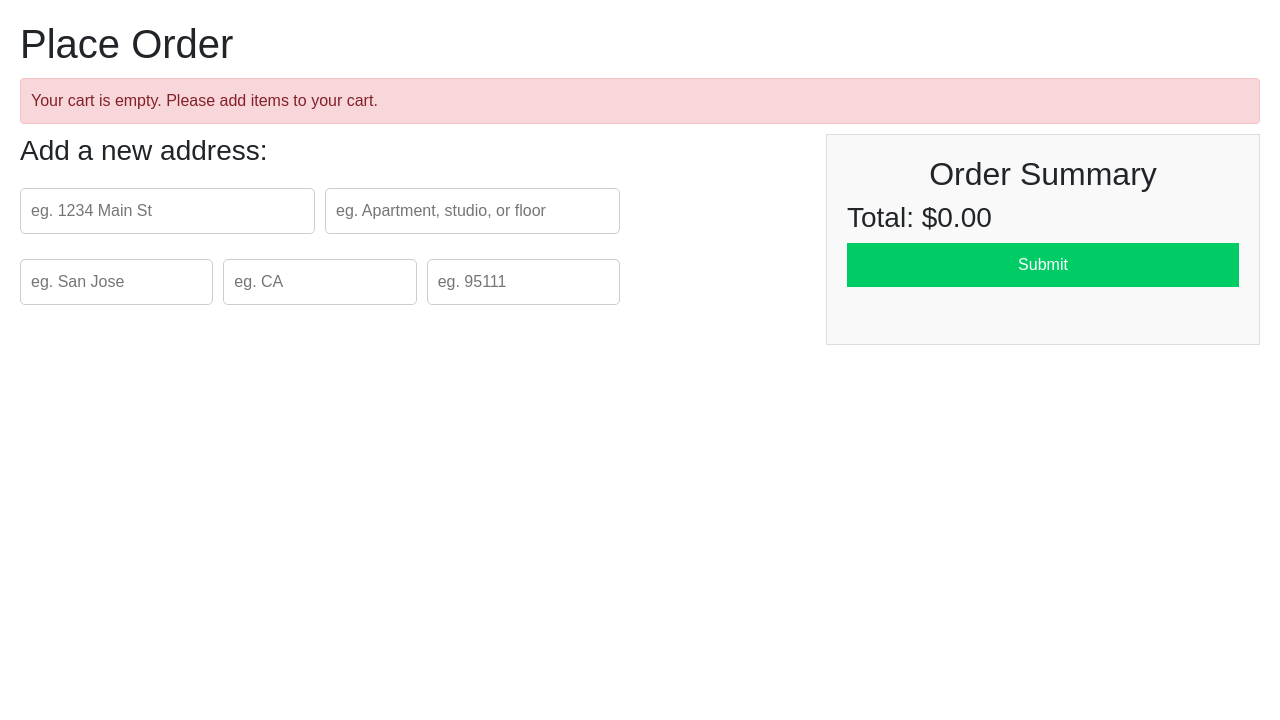
Repository: chelseajaculina/lab2-uber-eats
Page: /order (app in frontend/)
An editor plug-in stored every save of this project. The page is shown before and after the next save, followed by the edit.
The browser window is 1280 px wide. The pictures show the whole page.
The project was rebuilt for these pictures with package versions that can differ from the ones it lists, and the page was loaded fresh each time. Also part of the build but not shown: frontend/src/components/Home.css, frontend/src/components/Logout.css, frontend/src/components/Logout.js, frontend/src/components/CartModal.css, frontend/src/components/CartModal.js, frontend/src/components/NavBarHome.js, frontend/src/components/Home.js, frontend/src/components/CustomerSignUp.js and 25 more.

Above is the page before, as saved 2024-11-23 00:56:05.

### frontend/src/components/SignUp.css
/* Shared container styling for login and signup */
.signup-container {
    display: flex;
    flex-direction: column;
    align-items: center;
    padding: 20px;
    width: 100%;
    background-color: #f7f7f7; /* Light gray background */
}

/* Shared header styling for both signup and login */
.signup-header {
    background-color: transparent;
    width: 100%;
    text-align: center;
    padding: 10px;
}

/* Brand title styling for consistency */
.brand-title {
    color: #000; /* Black color for "Uber" */
    font-size: 24px;
}

.brand-title span {
    color: #34a853; /* Green color for "Eats" */
}

/* Container to hold both forms side by side */
.signup-forms {
    display: flex;
    justify-content: space-between;
    width: 80%;
    max-width: 1200px;
    gap: 20px; /* Space between the two forms */
    margin-top: 20px;
}

/* Styling for each individual form container */
.form-container {
    flex: 1;
    background-color: white;
    padding: 20px;
    border-radius: 10px;
    box-shadow: 0 4px 10px rgba(0, 0, 0, 0.1);
    text-align: center;
}

/* Shared form styling for inputs and buttons */
.signup-form, .login-form {
    display: flex;
    flex-direction: column;
    width: 100%;
    margin-top: 20px;
}

.signup-form h2, h2 {
    text-align: center;
    font-size: 18px;
    margin-bottom: 10px;
    color: #333;
}

.signup-form input,  input {
    width: 100%;
    padding: 12px;
    margin: 8px 0;
    border-radius: 8px;
    border: 1px solid #ccc;
    font-size: 16px;
}

.continue-button {
    background-color: black;
    color: white;
    padding: 12px;
    border: none;
    border-radius: 8px;
    font-size: 16px;
    cursor: pointer;
    margin-top: 10px;
}

.divider {
    display: flex;
    align-items: center;
    text-align: center;
    margin: 20px 0;
}

.line {
    flex: 1;
    height: 1px;
    background-color: #ccc;
    border: none;
}



.google-button, .apple-button, .qr-code-button {
    display: flex;
    align-items: center;
    justify-content: center;
    background-color: #f5f5f5;
    color: black;
    padding: 12px;
    margin: 8px 0;
    border-radius: 8px;
    border: 1px solid #ccc;
    font-size: 16px;
    cursor: pointer;
}

.google-button img, .apple-button img, .qr-code-button img {
    width: 20px;
    height: 20px;
    margin-right: 10px;
}

.disclaimer {
    font-size: 12px;
    color: gray;
    text-align: center;
    margin-top: 10px;
    line-height: 1.5;
}

.link-button {
    color: #000;
    font-weight: bold;
    text-decoration: none;
    cursor: pointer;
    background: #000;  /* Remove default background */
    border: none;      /* Remove default border */
    padding: 0.5rem;   /* Optional padding to make it look button-like */
    color: #fff;
}

/* Responsive design for smaller screens */
@media (max-width: 768px) {
    .signup-forms {
        flex-direction: column;
        align-items: center;
    }

    .form-container {
        width: 100%;
        margin-bottom: 20px;
    }
}


/* Stretch buttons across form container */
.google-button, .apple-button, .qr-code-button {
    display: flex;
    align-items: center;
    justify-content: center;
    background-color: #f5f5f5;
    color: black;
    padding: 12px;
    margin: 8px 0;
    border-radius: 8px;
    border: 1px solid #ccc;
    font-size: 16px;
    cursor: pointer;
    width: 100%; /* Make buttons full width */
    max-width: 300px; /* Optional max-width to keep buttons from getting too wide */
}

/* Center the buttons within the form container */
.signup-form, .login-form {
    display: flex;
    flex-direction: column;
    align-items: center; /* Center all elements horizontally */
    width: 100%;
    margin-top: 20px;
}

/* Center the button icon */
.google-button .icon, .apple-button .icon, .qr-code-button .icon {
    margin-right: 10px;
    font-size: 20px;
}

### frontend/src/components/CustomerProfile.css
/* Main Container */
.dashboard-container {
    display: flex;
    font-family: Arial, sans-serif;
  }

  /* Sidebar */
  .sidebar {
    width: 250px;
    background-color: #000;
    color: #fff;
    padding: 20px;
    min-height: 100vh;
  }

  .sidebar h2 {
    font-size: 1.2em;
    margin-bottom: 20px;
    color: #fff;
  }

  .sidebar ul {
    list-style-type: none;
    padding: 0;
  }

  .sidebar ul li {
    padding: 15px 0;
    color: #ccc;
    cursor: pointer;
  }

  .sidebar ul li:hover,
  .sidebar ul li.active {
    color: #fff;
    background-color: #333;
    padding-left: 10px;
    border-radius: 5px;
  }

  /* Content Section */
  .content {
    flex: 1;
    padding: 40px;
  }

  .content h1 {
    font-size: 2em;
    font-weight: bold;
    margin-bottom: 20px;
  }

  /* Form Styling */
  form {
    display: flex;
    flex-direction: column;
    gap: 15px;
    max-width: 600px;
    margin-bottom: 30px;
  }

  form label {
    font-weight: bold;
    margin-bottom: 5px;
  }

  form input[type="text"],
  form input[type="date"],
  form input[type="email"],
  form input[type="tel"],
  form select {
    width: 100%;
    padding: 10px;
    border: 1px solid #ccc;
    border-radius: 5px;
  }

  form button {
    padding: 10px 15px;
    background-color: #28a745;
    color: #fff;
    border: none;
    border-radius: 5px;
    cursor: pointer;
  }

  form button:hover {
    background-color: #000;
  }

  /* Profile Picture Section */
  .profile-section {
    display: flex;
    align-items: center;
    gap: 10px;
    margin-bottom: 20px;
  }

  .profile-picture {
    width: 100px;
    height: 100px;
    border-radius: 75%;
    object-fit: cover;
    border: 1px solid #ccc;
  }

  .profile-picture-input {
    margin-top: 10px;
  }

  .profile-picture-btn {
    padding: 8px 12px;
    background-color: #28a745;
    color: #fff;
    border: none;
    border-radius: 5px;
    cursor: pointer;
    margin-top: 10px;
  }

  .profile-picture-btn:hover {
    background-color: #000000;
  }

  /* Favorites Section */
  .favorites-section {
    margin-top: 30px;
  }

  .favorites-section h2 {
    font-size: 1.5em;
    font-weight: bold;
    margin-bottom: 10px;
  }

  .favorites-section ul {
    list-style-type: none;
    padding: 0;
  }

  .favorites-section li {
    padding: 10px 0;
    border-bottom: 1px solid #eee;
  }

  /* Edit Icon Styling (optional) */
  .edit-icon {
    cursor: pointer;
    font-size: 1.2em;
    color: #007bff;
    background: #fff;
    border-radius: 50%;
    padding: 5px;
    border: 1px solid #007bff;
  }

### frontend/src/components/RestaurantProfile.css
/* Main Container */
.dashboard-container {
    display: flex;
    font-family: Arial, sans-serif;
  }

  /* Sidebar */
  .sidebar {
    width: 250px;
    background-color: #000;
    color: #fff;
    padding: 20px;
    min-height: 100vh;
  }

  .sidebar h2 {
    font-size: 1.2em;
    margin-bottom: 20px;
    color: #fff;
  }

  .sidebar ul {
    list-style-type: none;
    padding: 0;
  }

  .sidebar ul li {
    padding: 15px 0;
    color: #ccc;
    cursor: pointer;
  }

  .sidebar ul li:hover,
  .sidebar ul li.active {
    color: #fff;
    background-color: #333;
    padding-left: 10px;
    border-radius: 5px;
  }

  /* Content Section */
  .content {
    flex: 1;
    padding: 40px;
  }

  .content h1 {
    font-size: 2em;
    font-weight: bold;
    margin-bottom: 20px;
  }

  /* Form Styling */
  form {
    display: flex;
    flex-direction: column;
    gap: 15px;
    max-width: 600px;
    margin-bottom: 30px;
  }

  form label {
    font-weight: bold;
    margin-bottom: 5px;
  }

  form input[type="text"],
  form input[type="date"],
  form input[type="email"],
  form input[type="tel"],
  form select {
    width: 100%;
    padding: 10px;
    border: 1px solid #ccc;
    border-radius: 5px;
  }

  form button {
    padding: 10px 15px;
    background-color: #28a745;
    color: #fff;
    border: none;
    border-radius: 5px;
    cursor: pointer;
  }

  form button:hover {
    background-color: #000;
  }

  /* Profile Picture Section */
  .profile-section {
    display: flex;
    align-items: center;
    gap: 10px;
    margin-bottom: 20px;
  }

  .profile-picture {
    width: 100px;
    height: 100px;
    border-radius: 75%;
    object-fit: cover;
    border: 1px solid #ccc;
  }

  .profile-picture-input {
    margin-top: 10px;
  }

  .profile-picture-btn {
    padding: 8px 12px;
    background-color: #28a745;
    color: #fff;
    border: none;
    border-radius: 5px;
    cursor: pointer;
    margin-top: 10px;
  }

  .profile-picture-btn:hover {
    background-color: #000000;
  }

  /* Favorites Section */
  .favorites-section {
    margin-top: 30px;
  }

  .favorites-section h2 {
    font-size: 1.5em;
    font-weight: bold;
    margin-bottom: 10px;
  }

  .favorites-section ul {
    list-style-type: none;
    padding: 0;
  }

  .favorites-section li {
    padding: 10px 0;
    border-bottom: 1px solid #eee;
  }

  /* Edit Icon Styling (optional) */
  .edit-icon {
    cursor: pointer;
    font-size: 1.2em;
    color: #007bff;
    background: #fff;
    border-radius: 50%;
    padding: 5px;
    border: 1px solid #007bff;
  }

### frontend/src/components/RestaurantMenu.css
/* General Reset */
* {
  margin: 0;
  padding: 0;
  box-sizing: border-box;
  font-family: Arial, Helvetica, sans-serif;
}

/* Container for the entire menu section */
.restaurant-menu {
  width: 100%;
  padding: 20px;
  display: flex;
  flex-direction: column;
  align-items: center;
  background-color: #f5f5f5;
}

/* Title of the menu */
.menu-title {
  font-size: 2rem;
  margin-bottom: 20px;
  color: #333;
}

/* Section for the add dish button */
.add-dish-section {
  width: 100%;
  display: flex;
  justify-content: center;
  margin-bottom: 20px;
}

.add-dish-button {
  padding: 10px 20px;
  font-size: 1rem;
  background-color: black;
  color: white;
  border: none;
  border-radius: 5px;
  cursor: pointer;
  transition: background-color 0.3s;
}

.add-dish-button:hover {
  background-color: #333;
}

/* Dishes list */
.dishes-list {
  width: 100%;
  display: flex;
  flex-wrap: wrap;
  justify-content: center;
  gap: 20px;
}

/* Individual dish card */
.dish-card {
  background-color: white;
  width: 250px;
  padding: 10px;
  border-radius: 10px;
  box-shadow: 0 4px 8px rgba(0, 0, 0, 0.1);
  text-align: center;
  display: flex;
  flex-direction: column;
  align-items: center;
}

.dish-image {
  width: 100%;
  height: 180px;
  object-fit: cover;
  border-radius: 10px;
  margin-bottom: 10px;
}

.dish-card h3 {
  font-size: 1.2rem;
  color: #333;
}

.dish-card p {
  font-size: 0.9rem;
  color: #555;
}

.dish-card strong {
  color: #000;
}

/* Modal overlay */
.modal-overlay {
  position: fixed;
  top: 0;
  left: 0;
  width: 100%;
  height: 100%;
  background-color: rgba(0, 0, 0, 0.5);
  display: flex;
  justify-content: center;
  align-items: center;
}

/* Modal content */
.modal-content {
  background-color: white;
  padding: 20px;
  width: 400px;
  border-radius: 10px;
  box-shadow: 0 4px 8px rgba(0, 0, 0, 0.2);
}

.modal-content h2 {
  font-size: 1.5rem;
  margin-bottom: 20px;
  color: #333;
}

.dish-form {
  display: flex;
  flex-direction: column;
  gap: 10px;
}

.dish-form input,
.dish-form select,
.dish-form textarea {
  padding: 10px;
  font-size: 1rem;
  border: 1px solid #ccc;
  border-radius: 5px;
  width: 100%;
  box-sizing: border-box;
}

.dish-form textarea {
  resize: vertical;
  height: 100px;
}

.form-buttons {
  display: flex;
  justify-content: space-between;
}

.save-button {
  background-color: #00cc66;
  color: white;
  padding: 10px 20px;
  border: none;
  border-radius: 5px;
  cursor: pointer;
  transition: background-color 0.3s;
}

.save-button:hover {
  background-color: #00a653;
}

.cancel-button {
  background-color: #ccc;
  color: #333;
  padding: 10px 20px;
  border: none;
  border-radius: 5px;
  cursor: pointer;
  transition: background-color 0.3s;
}

.cancel-button:hover {
  background-color: #bbb;
}

/* Price input styling */
.price-input {
  display: flex;
  align-items: center;
}

.price-input span {
  margin-right: 10px;
  font-size: 1rem;
  color: #333;
}

/* Loading message */
.loading {
  text-align: center;
  font-size: 1.2rem;
  color: #333;
}

### frontend/src/components/OrderPage.css
.order-page {
  font-family: Arial, sans-serif;
  margin: 20px;
}

.order-header {
  display: flex;
  justify-content: space-between;
  align-items: center;
  margin-bottom: 20px;
}

.logout-button {
  background-color: black;
  color: white;
  border: none;
  padding: 10px 20px;
  cursor: pointer;
}

.order-container {
  display: flex;
  justify-content: space-between;
}

.address-section {
  width: 60%;
}

.address-display {
  width: 100%;
  padding: 10px;
  margin-bottom: 20px;
  background-color: #f5f5f5;
  border: 1px solid #ccc;
}

.new-address-form {
  margin-top: 20px;
}

.address-input {
  display: flex;
  gap: 10px;
  margin-bottom: 10px;
}

.order-summary {
  width: 35%;
  background-color: #f9f9f9;
  padding: 20px;
  border: 1px solid #ddd;
}

.summary-item {
  display: flex;
  justify-content: space-between;
  margin-bottom: 10px;
}

.place-order-button {
  width: 100%;
  padding: 10px;
  background-color: #00cc66;
  color: white;
  border: none;
  cursor: pointer;
  font-size: 16px;
}

.confirmation-message {
  margin-top: 20px;
  background-color: #e8f5e9;
  padding: 15px;
  border: 1px solid #c8e6c9;
  color: #388e3c;
}

.dashboard-button {
  background-color: black;
  color: white;
  padding: 10px 20px;
  border: none;
  margin-top: 10px;
  cursor: pointer;
}

.error-message {
  background-color: #f8d7da;
  color: #842029;
  padding: 10px;
  margin: 10px 0;
  border: 1px solid #f5c2c7;
  border-radius: 4px;
}

.success-message {
  background-color: #d1e7dd;
  color: #0f5132;
  padding: 10px;
  margin: 10px 0;
  border: 1px solid #badbcc;
  border-radius: 4px;
}

Loaded but not shown: frontend/public/index.html (common file); frontend/src/components/OrderPage.js (200 lines, source omitted); frontend/src/App.js (86 lines, source omitted); frontend/src/contexts/CartContext.js (42 lines, source omitted); frontend/src/index.js (14 lines, source omitted); frontend/src/components/NavBar.css (372 lines, source omitted); frontend/src/components/NavBarBusiness.css (260 lines, source omitted); frontend/src/components/Welcome.css (197 lines, source omitted)

After the next save:
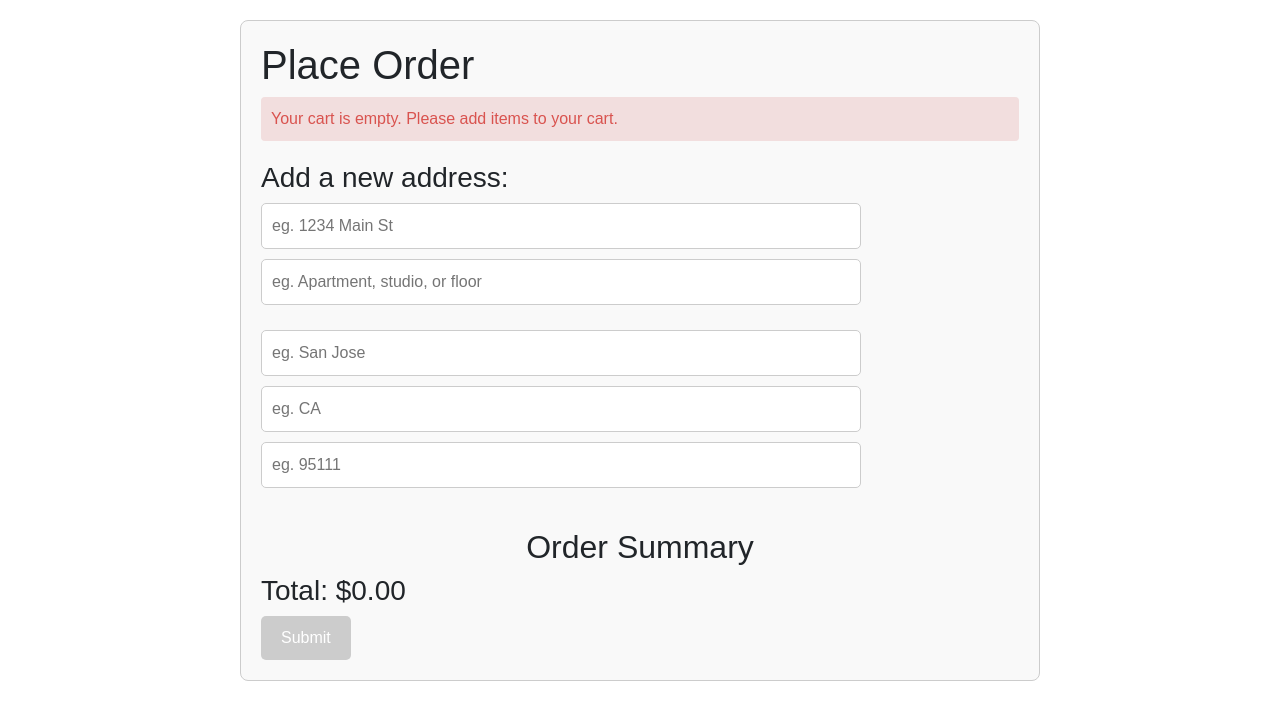
Saved 11 s later.
--- a/frontend/src/components/OrderPage.css
+++ b/frontend/src/components/OrderPage.css
@@ -1,104 +1,64 @@
 .order-page {
-  font-family: Arial, sans-serif;
-  margin: 20px;
-}
-
-.order-header {
-  display: flex;
-  justify-content: space-between;
-  align-items: center;
-  margin-bottom: 20px;
-}
-
-.logout-button {
-  background-color: black;
-  color: white;
-  border: none;
-  padding: 10px 20px;
-  cursor: pointer;
-}
-
-.order-container {
-  display: flex;
-  justify-content: space-between;
-}
-
-.address-section {
-  width: 60%;
-}
-
-.address-display {
-  width: 100%;
-  padding: 10px;
-  margin-bottom: 20px;
-  background-color: #f5f5f5;
+  max-width: 800px;
+  margin: 20px auto;
+  padding: 20px;
   border: 1px solid #ccc;
-}
-
-.new-address-form {
-  margin-top: 20px;
-}
-
-.address-input {
-  display: flex;
-  gap: 10px;
-  margin-bottom: 10px;
-}
-
-.order-summary {
-  width: 35%;
+  border-radius: 8px;
   background-color: #f9f9f9;
-  padding: 20px;
-  border: 1px solid #ddd;
-}
-
-.summary-item {
-  display: flex;
-  justify-content: space-between;
-  margin-bottom: 10px;
-}
-
-.place-order-button {
-  width: 100%;
-  padding: 10px;
-  background-color: #00cc66;
-  color: white;
-  border: none;
-  cursor: pointer;
-  font-size: 16px;
-}
-
-.confirmation-message {
-  margin-top: 20px;
-  background-color: #e8f5e9;
-  padding: 15px;
-  border: 1px solid #c8e6c9;
-  color: #388e3c;
-}
-
-.dashboard-button {
-  background-color: black;
-  color: white;
-  padding: 10px 20px;
-  border: none;
-  margin-top: 10px;
-  cursor: pointer;
 }
 
 .error-message {
-  background-color: #f8d7da;
-  color: #842029;
+  color: #d9534f;
+  background-color: #f2dede;
   padding: 10px;
-  margin: 10px 0;
-  border: 1px solid #f5c2c7;
+  margin-bottom: 20px;
   border-radius: 4px;
 }
 
 .success-message {
-  background-color: #d1e7dd;
-  color: #0f5132;
+  color: #3c763d;
+  background-color: #dff0d8;
   padding: 10px;
-  margin: 10px 0;
-  border: 1px solid #badbcc;
+  margin-bottom: 20px;
   border-radius: 4px;
 }
+
+.address-section {
+  margin-bottom: 20px;
+}
+
+.address-input input {
+  width: calc(33.3% - 10px);
+  margin-right: 10px;
+  margin-bottom: 10px;
+  padding: 10px;
+  border: 1px solid #ccc;
+  border-radius: 4px;
+}
+
+.order-summary {
+  margin-top: 20px;
+}
+
+.place-order-button {
+  background-color: #28a745;
+  color: white;
+  border: none;
+  padding: 10px 20px;
+  border-radius: 5px;
+  cursor: pointer;
+}
+
+.place-order-button:disabled {
+  background-color: #ccc;
+  cursor: not-allowed;
+}
+
+.dashboard-button {
+  background-color: #007bff;
+  color: white;
+  padding: 10px 20px;
+  border: none;
+  border-radius: 5px;
+  cursor: pointer;
+}

After the save that followed:
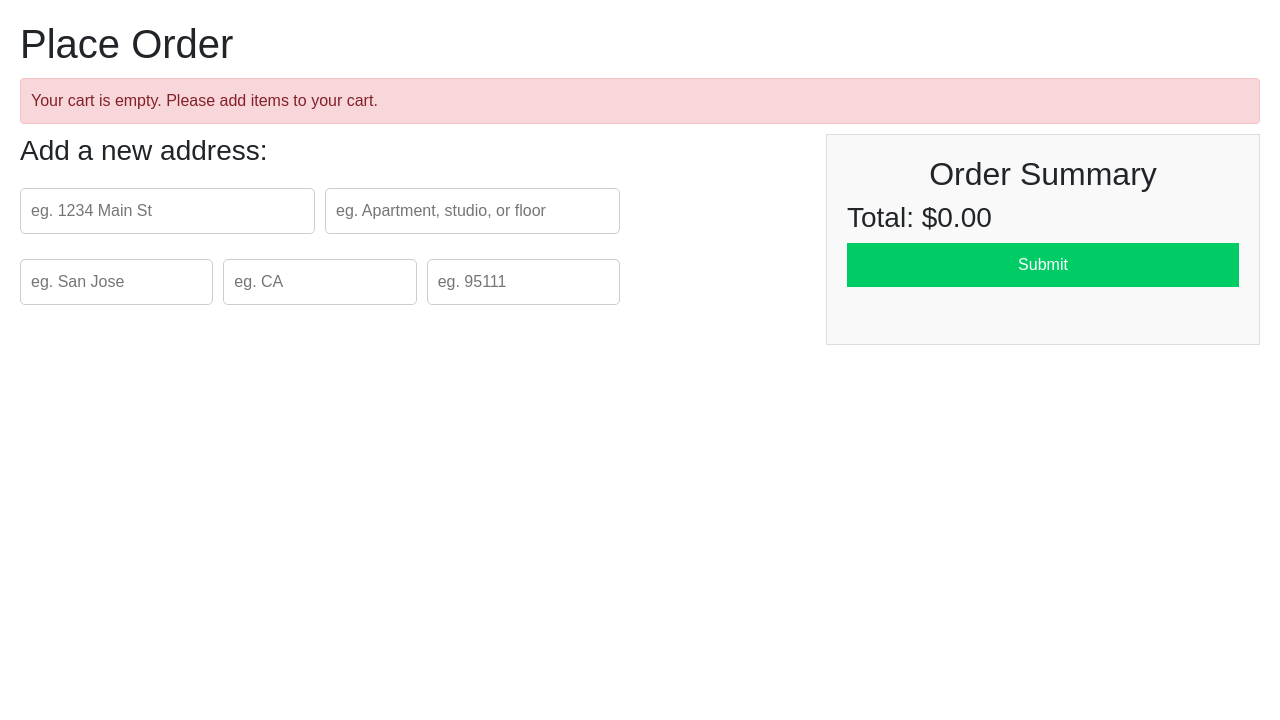
Saved 8 s later.
--- a/frontend/src/components/OrderPage.css
+++ b/frontend/src/components/OrderPage.css
@@ -1,64 +1,104 @@
 .order-page {
-  max-width: 800px;
-  margin: 20px auto;
+  font-family: Arial, sans-serif;
+  margin: 20px;
+}
+
+.order-header {
+  display: flex;
+  justify-content: space-between;
+  align-items: center;
+  margin-bottom: 20px;
+}
+
+.logout-button {
+  background-color: black;
+  color: white;
+  border: none;
+  padding: 10px 20px;
+  cursor: pointer;
+}
+
+.order-container {
+  display: flex;
+  justify-content: space-between;
+}
+
+.address-section {
+  width: 60%;
+}
+
+.address-display {
+  width: 100%;
+  padding: 10px;
+  margin-bottom: 20px;
+  background-color: #f5f5f5;
+  border: 1px solid #ccc;
+}
+
+.new-address-form {
+  margin-top: 20px;
+}
+
+.address-input {
+  display: flex;
+  gap: 10px;
+  margin-bottom: 10px;
+}
+
+.order-summary {
+  width: 35%;
+  background-color: #f9f9f9;
   padding: 20px;
-  border: 1px solid #ccc;
-  border-radius: 8px;
-  background-color: #f9f9f9;
+  border: 1px solid #ddd;
+}
+
+.summary-item {
+  display: flex;
+  justify-content: space-between;
+  margin-bottom: 10px;
+}
+
+.place-order-button {
+  width: 100%;
+  padding: 10px;
+  background-color: #00cc66;
+  color: white;
+  border: none;
+  cursor: pointer;
+  font-size: 16px;
+}
+
+.confirmation-message {
+  margin-top: 20px;
+  background-color: #e8f5e9;
+  padding: 15px;
+  border: 1px solid #c8e6c9;
+  color: #388e3c;
+}
+
+.dashboard-button {
+  background-color: black;
+  color: white;
+  padding: 10px 20px;
+  border: none;
+  margin-top: 10px;
+  cursor: pointer;
 }
 
 .error-message {
-  color: #d9534f;
-  background-color: #f2dede;
+  background-color: #f8d7da;
+  color: #842029;
   padding: 10px;
-  margin-bottom: 20px;
+  margin: 10px 0;
+  border: 1px solid #f5c2c7;
   border-radius: 4px;
 }
 
 .success-message {
-  color: #3c763d;
-  background-color: #dff0d8;
+  background-color: #d1e7dd;
+  color: #0f5132;
   padding: 10px;
-  margin-bottom: 20px;
+  margin: 10px 0;
+  border: 1px solid #badbcc;
   border-radius: 4px;
 }
-
-.address-section {
-  margin-bottom: 20px;
-}
-
-.address-input input {
-  width: calc(33.3% - 10px);
-  margin-right: 10px;
-  margin-bottom: 10px;
-  padding: 10px;
-  border: 1px solid #ccc;
-  border-radius: 4px;
-}
-
-.order-summary {
-  margin-top: 20px;
-}
-
-.place-order-button {
-  background-color: #28a745;
-  color: white;
-  border: none;
-  padding: 10px 20px;
-  border-radius: 5px;
-  cursor: pointer;
-}
-
-.place-order-button:disabled {
-  background-color: #ccc;
-  cursor: not-allowed;
-}
-
-.dashboard-button {
-  background-color: #007bff;
-  color: white;
-  padding: 10px 20px;
-  border: none;
-  border-radius: 5px;
-  cursor: pointer;
-}
